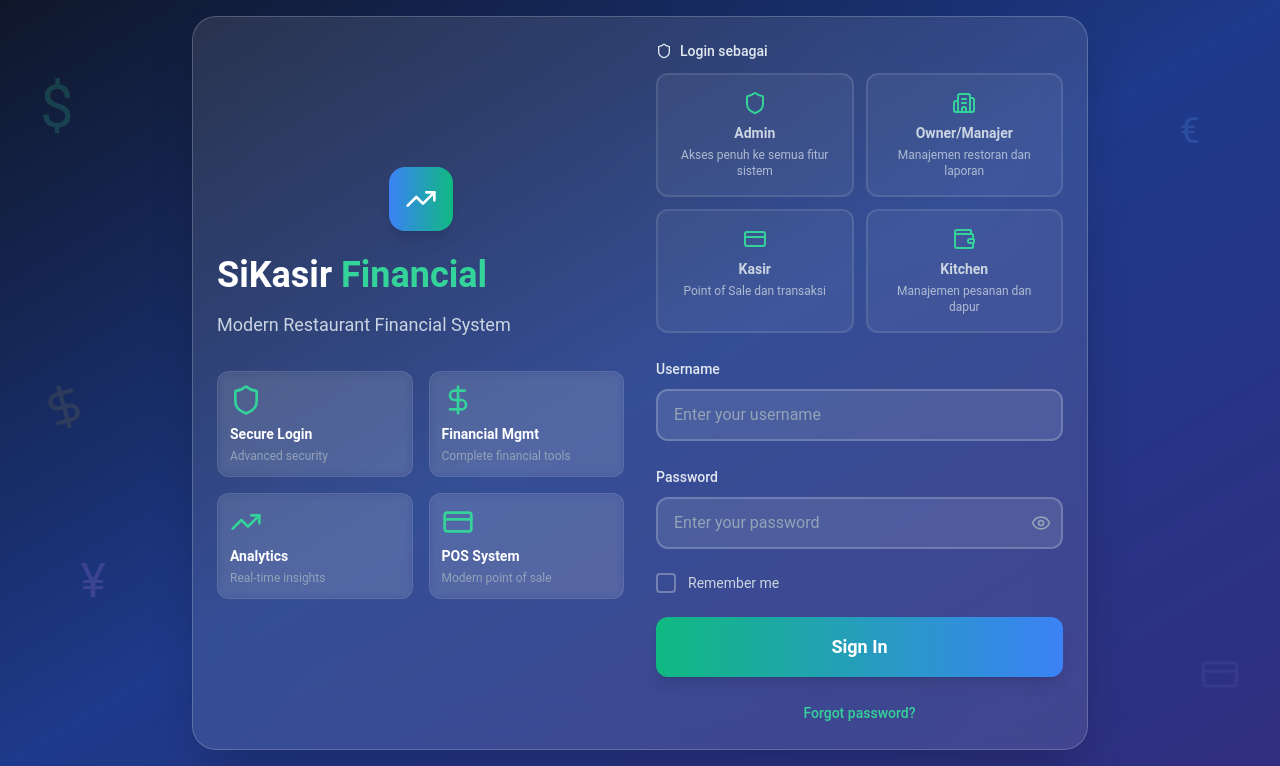
Repository: luthfirf17/SiKasir
Page: / (app in frontend/)
An editor plug-in stored every save of this project. The page is shown before and after the next save, followed by the edit.
The browser window is 1280 px wide. The pictures show the whole page.
The page's requests for data from a server got no answer. The project was rebuilt for these pictures with package versions that can differ from the ones it lists, and the page was loaded fresh each time. No one was signed in, and anything a server would have sent is missing. Also part of the build but not shown: frontend/src/modules/admin/config/navigationConfig.ts, frontend/src/modules/admin/components/ModernAdminNavigation.tsx, frontend/src/modules/admin/components/AdminNavbar.tsx, frontend/src/modules/admin/layouts/AdminLayout.tsx, frontend/src/modules/admin/pages/DashboardPage.tsx, frontend/src/services/MenuService.ts, frontend/src/utils/menuDataConverter.ts, frontend/src/hooks/useMenuData.ts and 19 more.

Above is the page before, as saved 2025-09-25 17:26:50.

After the next save:
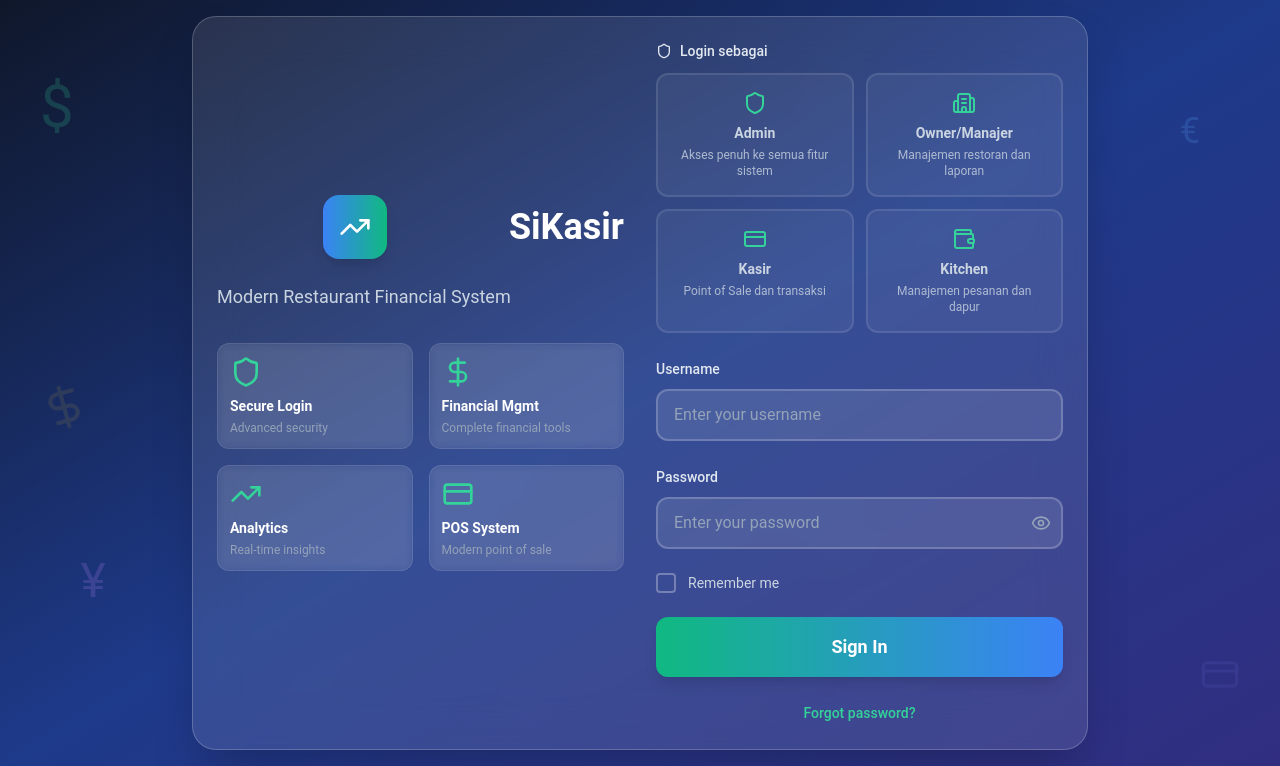
Saved 108 s later.
--- a/frontend/src/pages/LoginPage.tsx
+++ b/frontend/src/pages/LoginPage.tsx
@@ -199,14 +199,14 @@ const LoginPage = () => {
             {/* Left Side - Branding & Features */}
             <div className="space-y-8">
               <div className="text-center lg:text-left">
-                <div className="flex justify-center mb-6">
+                <div className="flex justify-center items-center gap-4 mb-6">
                   <div className="p-4 bg-gradient-to-r from-blue-500 to-emerald-500 rounded-2xl shadow-lg transform hover:scale-110 transition-transform duration-300 mx-auto">
                     <TrendingUp className="h-8 w-8 text-white" />
                   </div>
+                  <h1 className="text-3xl lg:text-4xl font-bold text-white mb-0">
+                    SiKasir
+                  </h1>
                 </div>
-                <h1 className="text-3xl lg:text-4xl font-bold text-white mb-4">
-                  SiKasir <span className="text-emerald-400">Financial</span>
-                </h1>
                 <p className="text-slate-300 text-lg mb-8">
                   Modern Restaurant Financial System
                 </p>
